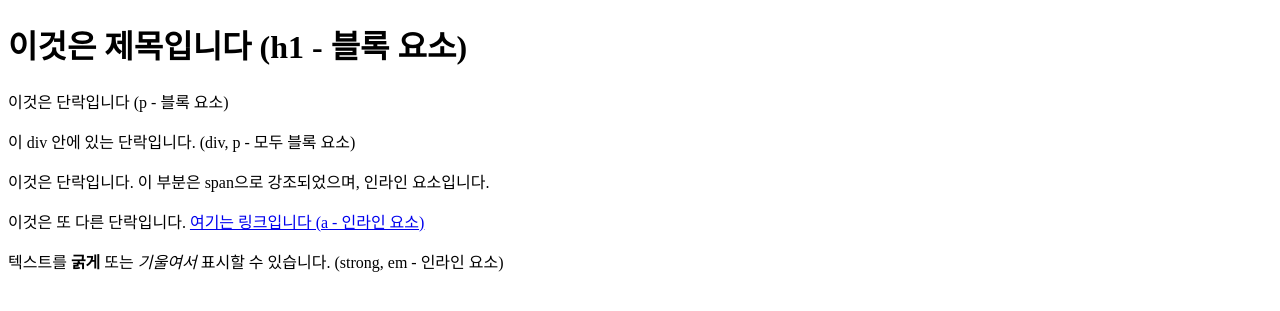
Repository: Junvelop/hkdevelope
Page: Downloads/back_end_edu20240624-master (1)/front_end_20240627/src/main/webapp/html2_블럭요소와인라인요소.html
These files come from the project's save history. The page is drawn as it stood at one moment and after the next save; the edit follows.
The browser window is 1280 px wide. The pictures show the whole page.

Above is the page before, as saved 2024-08-12 02:08:09.

After the next save:
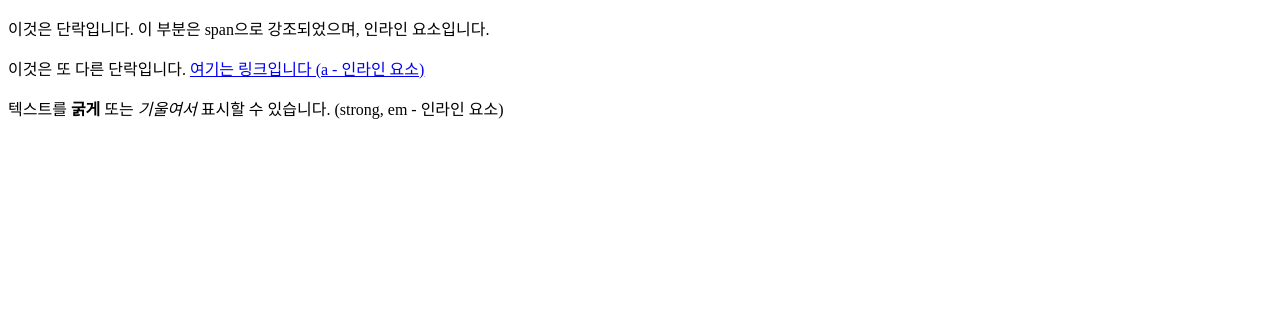
Saved 28 s later.
--- a/Downloads/back_end_edu20240624-master (1)/front_end_20240627/src/main/webapp/html2_블럭요소와인라인요소.html
+++ b/Downloads/back_end_edu20240624-master (1)/front_end_20240627/src/main/webapp/html2_블럭요소와인라인요소.html
@@ -3,16 +3,11 @@
 <head>
     <meta charset="UTF-8">
     <meta name="viewport" content="width=device-width, initial-scale=1.0">
-    <title>블록 요소 예시</title>
+    <title>인라인 요소 예시</title>
 </head>
 <body>
-    <h1>이것은 제목입니다 (h1 - 블록 요소)</h1>
-    <p>이것은 단락입니다 (p - 블록 요소)</p>
-    <div>
-        <p>이 div 안에 있는 단락입니다. (div, p - 모두 블록 요소)</p>
-        <p>이것은 단락입니다. <span>이 부분은 span으로 강조되었으며, 인라인 요소입니다.</span></p>
+    <p>이것은 단락입니다. <span>이 부분은 span으로 강조되었으며, 인라인 요소입니다.</span></p>
     <p>이것은 또 다른 단락입니다. <a href="#">여기는 링크입니다 (a - 인라인 요소)</a></p>
     <p>텍스트를 <strong>굵게</strong> 또는 <em>기울여서</em> 표시할 수 있습니다. (strong, em - 인라인 요소)</p>
-    </div>
 </body>
 </html>
